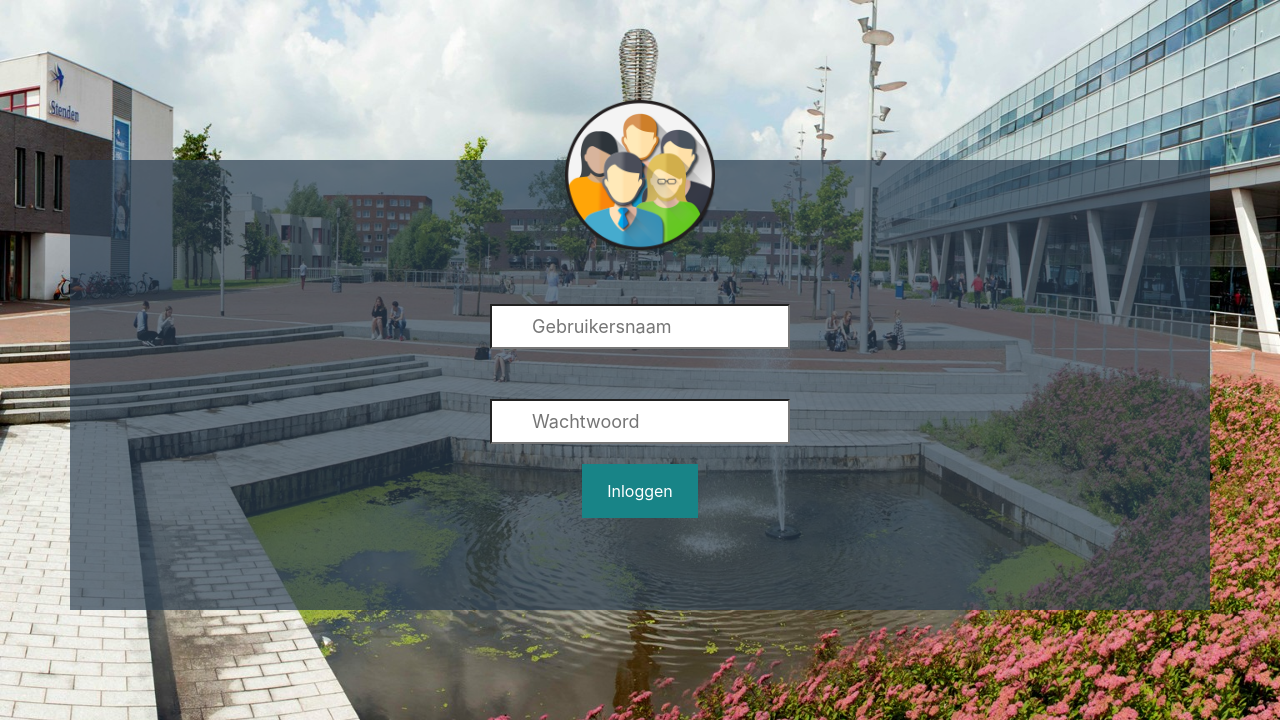
Repository: ohjorn/Webdev3
Page: http://localhost/LoginScreen.php
The author's editor kept a copy of each file at every save. The page is drawn from the files as they stood at one save, then again after the next save.
The browser window is 1280 px wide. The pictures show the whole page.
The page is run by PHP 8.4 with error messages shown; the project is at /var/www/html/.

Above is the page before, as saved 2020-04-14 17:16:58.

After the next save:
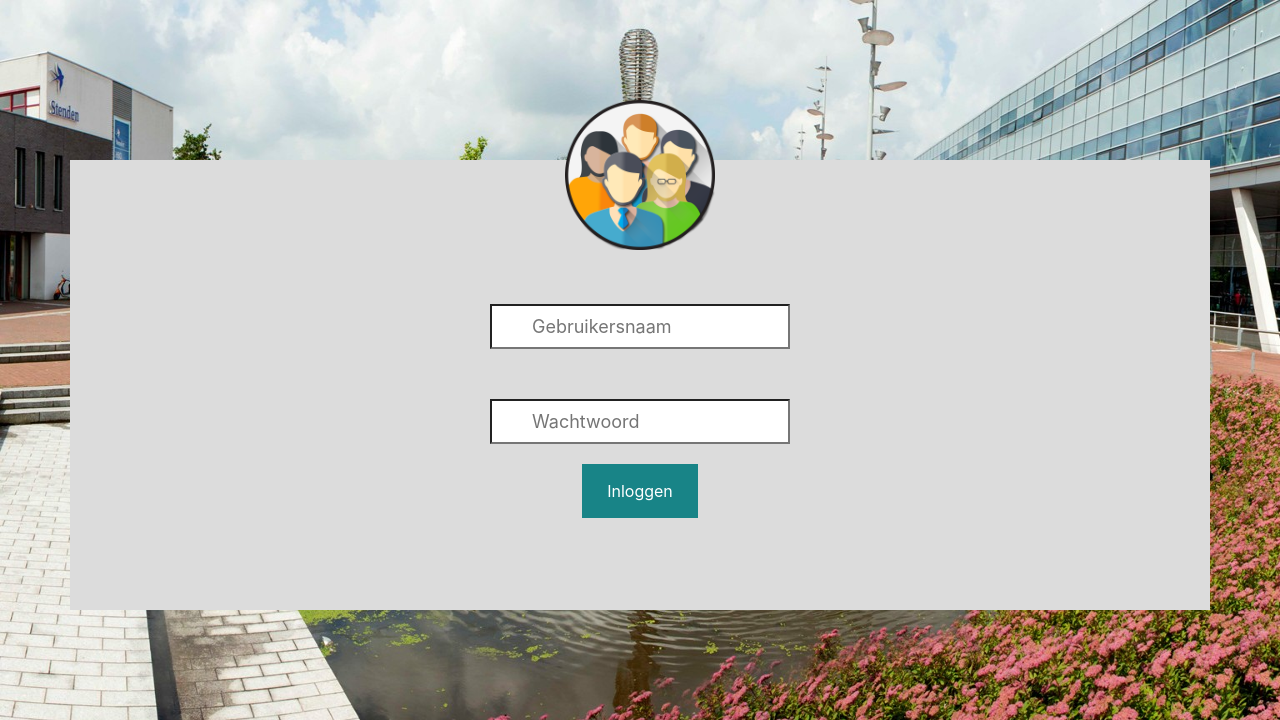
Saved 8 min 59 s later.
--- a/LoginScreen.css
+++ b/LoginScreen.css
@@ -12,7 +12,7 @@ body{
     height: 450px;
     text-align: center;
     margin: 0 auto;
-    background-color: rgba(44, 62, 80,0.7);
+    background-color: #DCDCDC !important;
     margin-top: 160px;
    }
 
